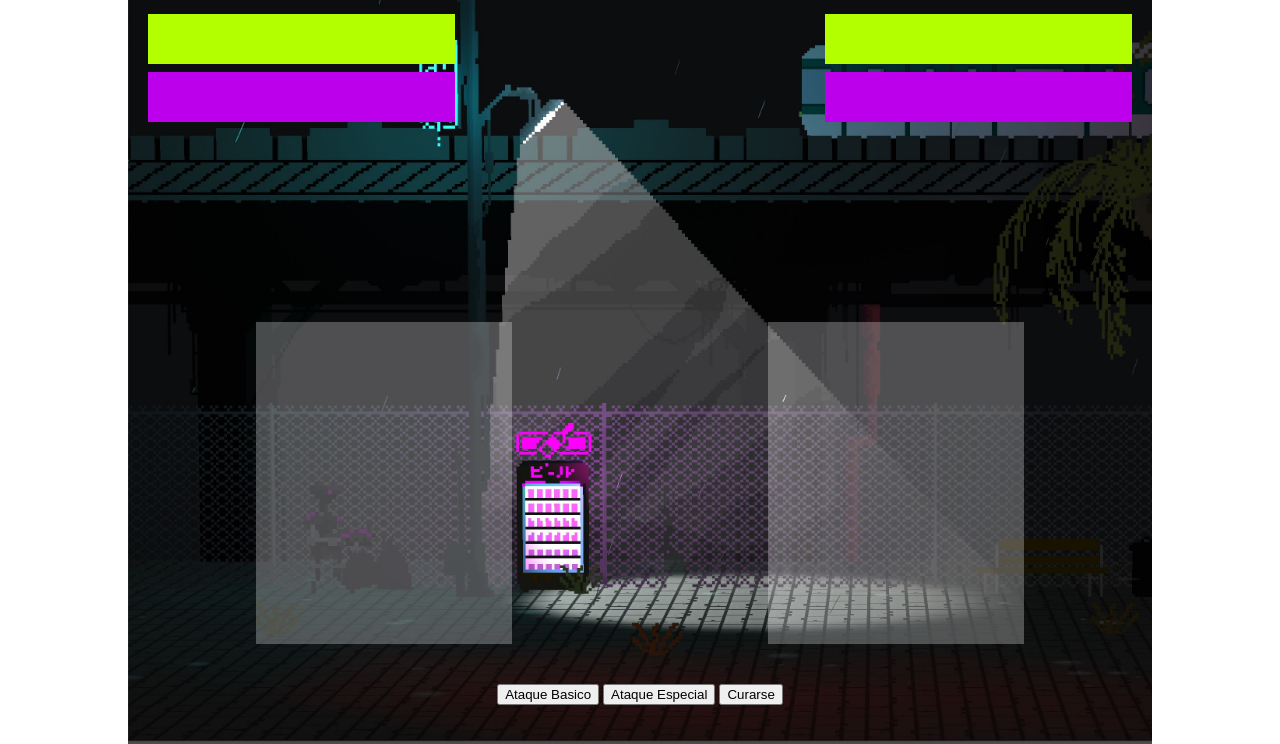
Repository: NovaDuel/novaduel-game
Page: index.html
These files come from the project's save history. The page is drawn as it stood at one moment and after the next save; the edit follows.
The browser window is 1280 px wide. The pictures show the whole page.

Above is the page before, as saved 2024-03-25 15:00:24.

After the next save:
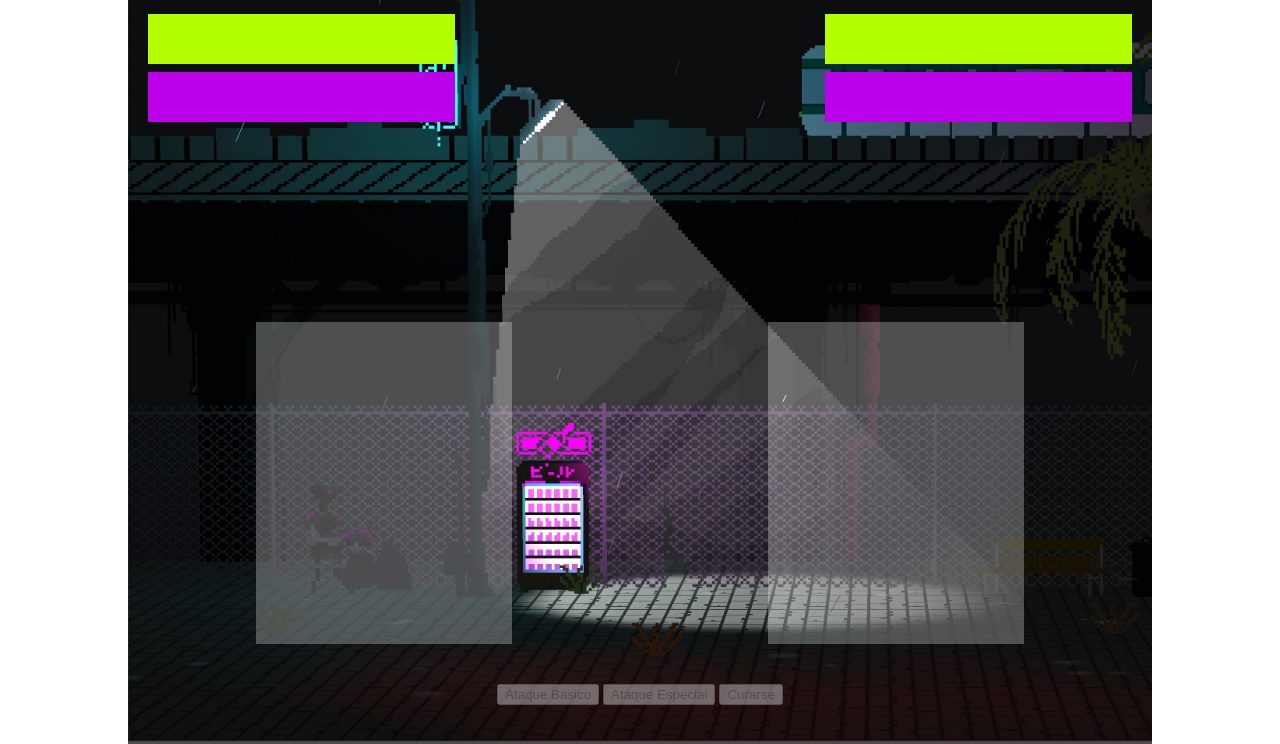
Saved 2 min 3 s later.
--- a/main.js
+++ b/main.js
@@ -102,11 +102,14 @@
     }
 }
 
+let buttons = selectAll(".btn");
+buttons.forEach(button => {
+    button.setAttribute("disabled", "")
+})
 
 selector('#basic-attack').addEventListener('click', function() {
     let playerStrength = player.attackPlayer();
     enemy.receiveDamage(playerStrength);
-    selectAll(".btn").setAttribute("disabled", "")
     selector("#health-enemy").style.width = `${enemy.health}%`;
     setTimeout(actionsEnemy, 500);
     stateHealth();

After the save that followed:
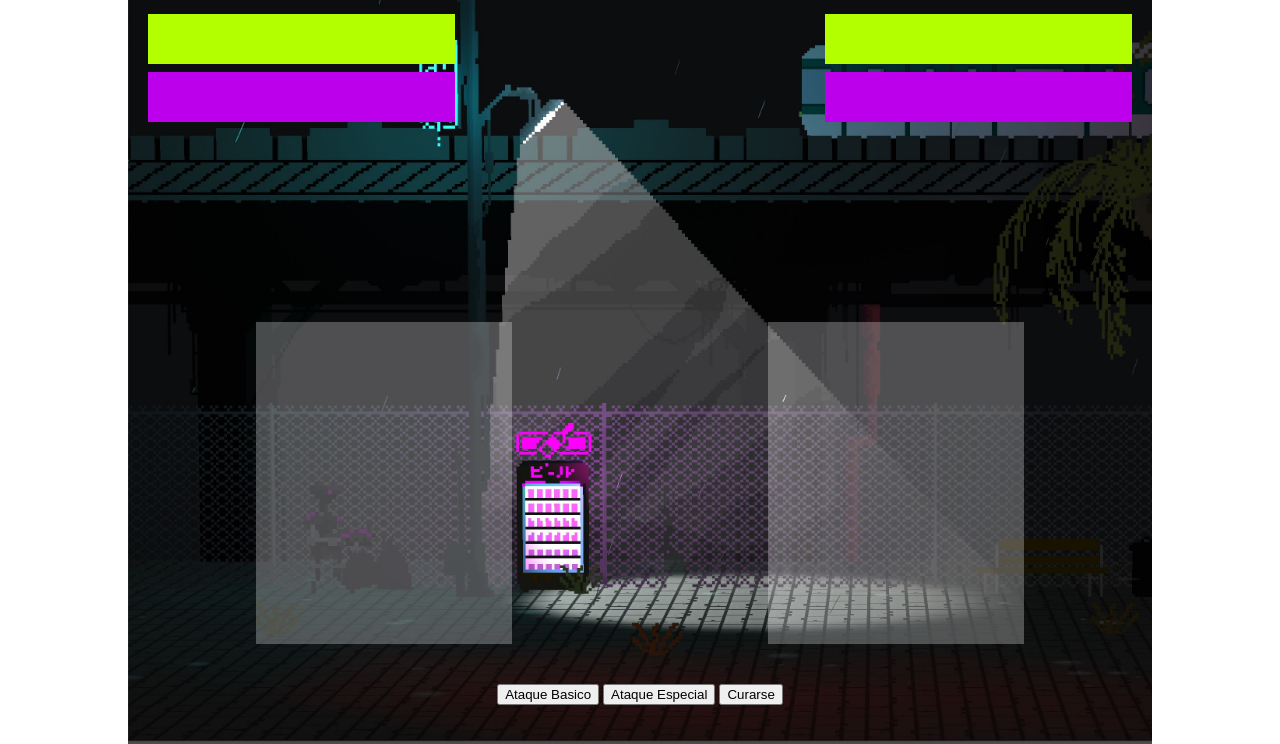
Saved 11 s later.
--- a/main.js
+++ b/main.js
@@ -103,13 +103,13 @@
 }
 
 let buttons = selectAll(".btn");
-buttons.forEach(button => {
-    button.setAttribute("disabled", "")
-})
 
 selector('#basic-attack').addEventListener('click', function() {
     let playerStrength = player.attackPlayer();
     enemy.receiveDamage(playerStrength);
+    buttons.forEach(button => {
+        button.setAttribute("disabled", "")
+    })
     selector("#health-enemy").style.width = `${enemy.health}%`;
     setTimeout(actionsEnemy, 500);
     stateHealth();
